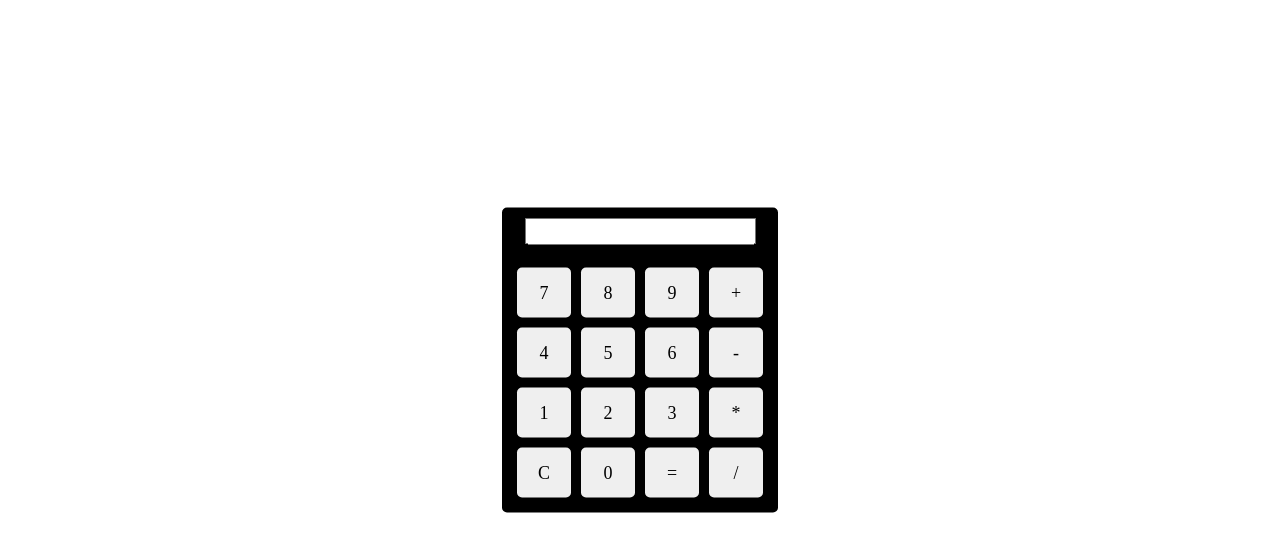
Repository: rajratangm/calculator
Page: /
The author's editor kept a copy of each file at every save. The page is drawn from the files as they stood at one save, then again after a run of saves.
The browser window is 1280 px wide. The pictures show the whole page.
The project was rebuilt for these pictures with package versions that can differ from the ones it lists, and the page was loaded fresh each time.

Above is the page before, as saved 2024-04-03 12:12:29.

### src/App.js
import './App.css';
import { useState } from 'react';

function App() {
  const [result, setResult] = useState('');
  const [text, setText]= useState('')

  const handleClick = (value) => {
    if (value === '=') {
      try {
        if (!result.trim()) {
          setResult('Error');
          return;
        }
        setResult(eval(result));
      } catch (error) {
        setResult('Error');
      }
    } else if (value === 'C') {
      setResult('');
      setText('')
    } else {
      setResult(prevResult => prevResult + value);
      setText(prevTest=> prevTest+value)
    }
  };

  const calculate=()=>{
    setResult(eval(result))
    // setText(result)
  }

  return (
    <div className='container'>
      <form>
        <input type='text' value={text} readOnly />
      </form>
      <p>{result}</p>
      <div className='keypad'>
        <button onClick={() => handleClick('7')}>7</button>
        <button onClick={() => handleClick('8')}>8</button>
        <button onClick={() => handleClick('9')}>9</button>
        <button onClick={() => handleClick('+')}>+</button>

        <button onClick={() => handleClick('4')}>4</button>
        <button onClick={() => handleClick('5')}>5</button>
        <button onClick={() => handleClick('6')}>6</button>
        <button onClick={() => handleClick('-')}>-</button>

        <button onClick={() => handleClick('1')}>1</button>
        <button onClick={() => handleClick('2')}>2</button>
        <button onClick={() => handleClick('3')}>3</button>
        <button onClick={() => handleClick('*')}>*</button>

        <button onClick={() => handleClick('C')}>C</button>
        <button onClick={() => handleClick('0')}>0</button>
        <button onClick={calculate}>=</button>
        <button onClick={() => handleClick('/')}>/</button>
      </div>
    </div>
  );
}

export default App;

### src/App.css
*{
  font-family: 'Robot', 'sans-serif';
  font-size: 18px;

}

body{
  display: flex;
  justify-content: center;
  align-items:center;

}

.container{
  top:50%;
  left: 50%;
  position:absolute;
  transform: translate(-50%,-50%);
  margin:0 auto;
  width: 256px;
  text-align: center;
  border: 10px solid black;
  background-color: black;
  border-radius: 5px;
}

.keypad{
  display: grid;
  grid-template-columns: repeat(4, 1fr);
  grid-auto-rows: minmax(60px,auto)

}

/* input[type='text']{
  height: 75px;
  width: 249px;

} */


button{
  margin: 5px;
  border:none;
  border-radius: 5px;
  cursor: pointer;
}
p{
  color: white;

}

Loaded but not shown: public/index.html (common file); src/index.js (common file); src/index.css (common file); src/reportWebVitals.js (common file)

After the next 3 saves:
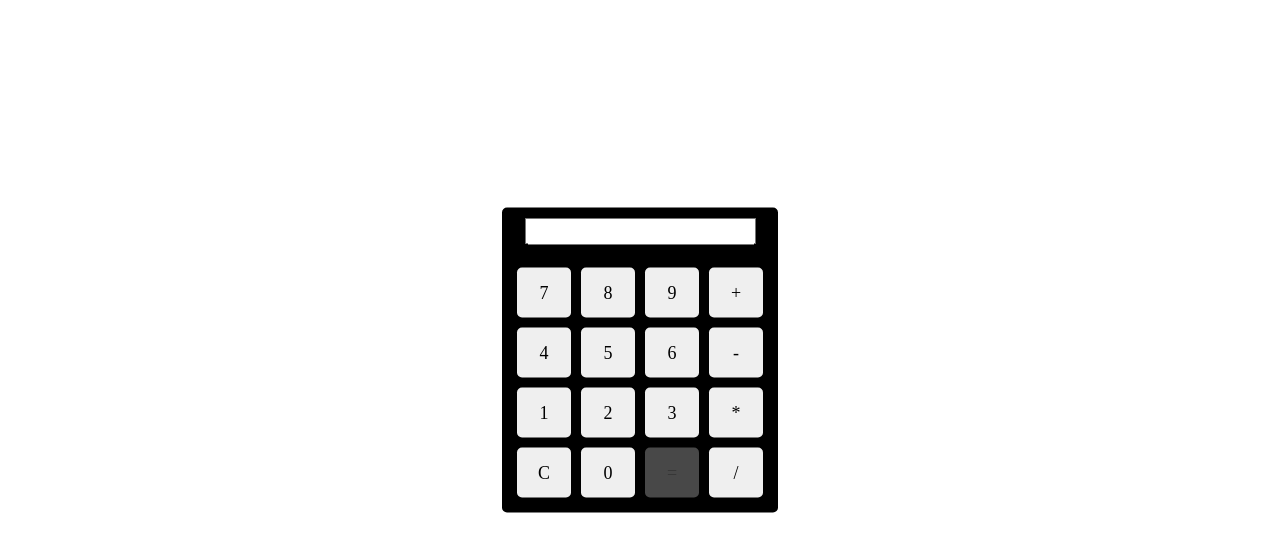
The 3 saves are shown as one change because they came seconds apart.
The last was saved 85 s later.
--- a/src/App.js
+++ b/src/App.js
@@ -1,9 +1,75 @@
+// import './App.css';
+// import { useState } from 'react';
+
+// function App() {
+//   const [result, setResult] = useState('');
+//   const [text, setText]= useState('')
+
+//   const handleClick = (value) => {
+//     if (value === '=') {
+//       try {
+//         if (!result.trim()) {
+//           setResult('Error');
+//           return;
+//         }
+//         setResult(eval(result));
+//       } catch (error) {
+//         setResult('Error');
+//       }
+//     } else if (value === 'C') {
+//       setResult('');
+//       setText('')
+//     } else {
+//       setResult(prevResult => prevResult + value);
+//       setText(prevTest=> prevTest+value)
+//     }
+//   };
+
+//   const calculate=()=>{
+//     setResult(eval(result))
+//     // setText(result)
+//   }
+
+//   return (
+//     <div className='container'>
+//       <form>
+//         <input type='text' value={text} readOnly />
+//       </form>
+//       <p>{result}</p>
+//       <div className='keypad'>
+//         <button onClick={() => handleClick('7')}>7</button>
+//         <button onClick={() => handleClick('8')}>8</button>
+//         <button onClick={() => handleClick('9')}>9</button>
+//         <button onClick={() => handleClick('+')}>+</button>
+
+//         <button onClick={() => handleClick('4')}>4</button>
+//         <button onClick={() => handleClick('5')}>5</button>
+//         <button onClick={() => handleClick('6')}>6</button>
+//         <button onClick={() => handleClick('-')}>-</button>
+
+//         <button onClick={() => handleClick('1')}>1</button>
+//         <button onClick={() => handleClick('2')}>2</button>
+//         <button onClick={() => handleClick('3')}>3</button>
+//         <button onClick={() => handleClick('*')}>*</button>
+
+//         <button onClick={() => handleClick('C')}>C</button>
+//         <button onClick={() => handleClick('0')}>0</button>
+//         <button onClick={calculate}>=</button>
+//         <button onClick={() => handleClick('/')}>/</button>
+//       </div>
+//     </div>
+//   );
+// }
+
+// export default App;
+
+
 import './App.css';
 import { useState } from 'react';
 
 function App() {
   const [result, setResult] = useState('');
-  const [text, setText]= useState('')
+  const [text, setText] = useState('');
 
   const handleClick = (value) => {
     if (value === '=') {
@@ -18,17 +84,17 @@ function App() {
       }
     } else if (value === 'C') {
       setResult('');
-      setText('')
+      setText('');
     } else {
       setResult(prevResult => prevResult + value);
-      setText(prevTest=> prevTest+value)
+      setText(prevTest => prevTest + value);
     }
   };
 
-  const calculate=()=>{
-    setResult(eval(result))
+  const calculate = () => {
+    setResult(eval(result));
     // setText(result)
-  }
+  };
 
   return (
     <div className='container'>
@@ -54,7 +120,7 @@ function App() {
 
         <button onClick={() => handleClick('C')}>C</button>
         <button onClick={() => handleClick('0')}>0</button>
-        <button onClick={calculate}>=</button>
+        <button onClick={calculate} disabled={!text.trim() || text.trim().endsWith('+') || text.trim().endsWith('-') || text.trim().endsWith('*') || text.trim().endsWith('/')}>=</button>
         <button onClick={() => handleClick('/')}>/</button>
       </div>
     </div>
